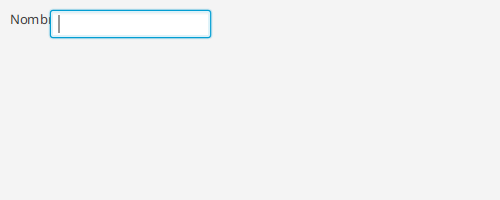
Repository: anxoportela/PROG
Program's window: java Java_Interfaz/ProyectoJavaFX/src/com/acarballeira/javaFX/ejemplo9/App.java
The author's editor kept a copy of each file at every save. The program's window is drawn from the files as they stood at one save, then again after the next save.
It runs on Java 21 on a 1366 x 768 screen with JavaFX 11; the title bar is not drawn.

Above is the program's window before, as saved 2020-03-06 17:23:26.

### Java_Interfaz/ProyectoJavaFX/src/com/acarballeira/javaFX/ejemplo9/App.java
package com.acarballeira.javaFX.ejemplo9;

import javafx.application.Application;
import javafx.geometry.Pos;
import javafx.scene.Scene;
import javafx.scene.control.Label;
import javafx.scene.control.TextField;
import javafx.scene.layout.Pane;
import javafx.stage.Stage;

public class App extends Application {
	@Override
	public void start(Stage primaryStage) {

		primaryStage.setTitle("Ola Mundo!!!");
		// primaryStage.setWidth(600);
		// primaryStage.setHeight(200);
		// primaryStage.setResizable(false);

		// Label etiqueta = new Label("Ola Mundo!");
		// etiqueta.setAlignment(Pos.CENTER);

		Pane root = new Pane();
		Label nombreLabel = new Label("Nombre: ");
		nombreLabel.relocate(10, 10);

		TextField nombreField = new TextField();
		nombreField.relocate(50,10);

		root.getChildren().addAll(nombreLabel,nombreField);


		Scene primaryScene = new Scene(root,500,200);
		primaryStage.setScene(primaryScene);
		primaryStage.show();

	}

	public static void main(String[] args) {
		Application.launch();
	}

}

After the next save:
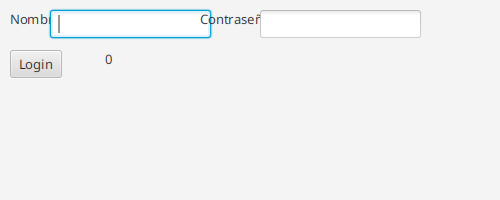
Saved 4 min 44 s later.
--- a/Java_Interfaz/ProyectoJavaFX/src/com/acarballeira/javaFX/ejemplo9/App.java
+++ b/Java_Interfaz/ProyectoJavaFX/src/com/acarballeira/javaFX/ejemplo9/App.java
@@ -3,6 +3,7 @@
 import javafx.application.Application;
 import javafx.geometry.Pos;
 import javafx.scene.Scene;
+import javafx.scene.control.Button;
 import javafx.scene.control.Label;
 import javafx.scene.control.TextField;
 import javafx.scene.layout.Pane;
@@ -23,11 +24,21 @@
 		Pane root = new Pane();
 		Label nombreLabel = new Label("Nombre: ");
 		nombreLabel.relocate(10, 10);
-
 		TextField nombreField = new TextField();
 		nombreField.relocate(50,10);
 
-		root.getChildren().addAll(nombreLabel,nombreField);
+		Label passLabel = new Label("Contraseña: ");
+		passLabel.relocate(200, 10);
+		TextField passField = new TextField();
+		passField.relocate(260,10);
+
+		Button loginButton = new Button("Login");
+		loginButton.relocate(10, 50);
+
+		Label textnumVeces = new Label("0");
+		textnumVeces.relocate(105, 50);
+
+		root.getChildren().addAll(nombreLabel,nombreField,passLabel,passField, loginButton,textnumVeces);
 
 
 		Scene primaryScene = new Scene(root,500,200);
